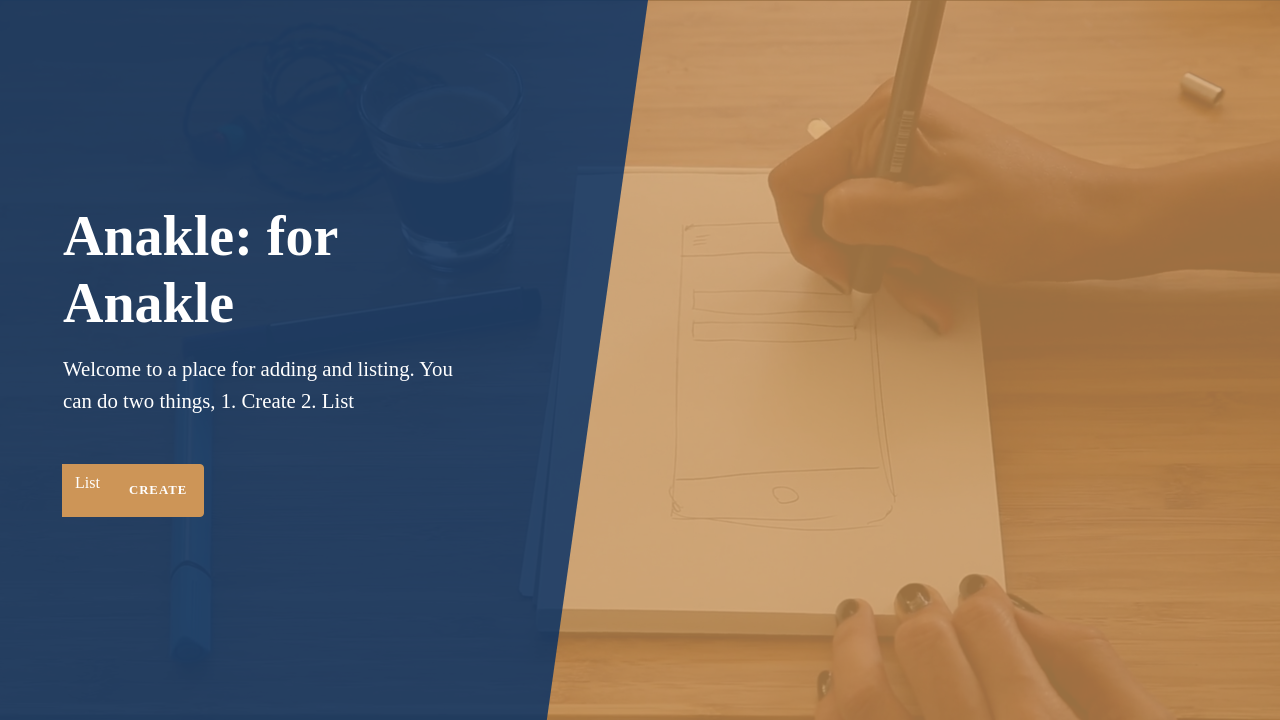
Repository: Guruscode/mega-list
Page: http://localhost/
These files come from the project's save history. The page is drawn as it stood at one moment and after the next save; the edit follows.
The browser window is 1280 px wide. The pictures show the whole page.
Some web fonts or font styles are not loaded; a fallback is used. The page is run by PHP 8.4 with error messages shown; the project is at /var/www/html/.

Above is the page before, as saved 2018-02-22 14:48:21.
Console error: TypeError: Cannot read properties of undefined (reading 'fn')

### index.php
<!DOCTYPE html>
<html lang="en">
<head>
    <meta charset="UTF-8">
    <meta name="viewport" content="width=device-width, initial-scale=1.0">
    <meta http-equiv="X-UA-Compatible" content="ie=edge">

    <link rel="stylesheet" href="css/bootstrap.min.css">
    <link href="css/welcome.min.css" rel="stylesheet">
    <link href="https://fonts.googleapis.com/css?family=Source+Sans+Pro:200,200i,300,300i,400,400i,600,600i,700,700i,900,900i" rel="stylesheet">
    <link href="https://fonts.googleapis.com/css?family=Merriweather:300,300i,400,400i,700,700i,900,900i" rel="stylesheet">
    <link href="vendor/font-awesome/css/font-awesome.min.css" rel="stylesheet">
    <title>Anakle: For Anakle</title>
</head>
<body>

        <div class="overlay"></div>

        <div class="masthead">
        <div class="masthead-bg"></div>
        <div class="container h-100">
            <div class="row h-100">
            <div class="col-12 my-auto">
                <div class="masthead-content text-white py-5 py-md-0">
                <h1 class="mb-3">Anakle: for Anakle</h1>
                <p class="mb-5">Welcome to a place for adding and listing. You can do two things, 1. Create 2. List</p>
                <div class="input-group input-group-newsletter">

                    <div class="input-group-append pull-center">
                    <a class="btn btn-secondary">List</a>
                    <button type="button" class="btn btn-secondary">Create</a>
                    </div>
                </div>
                </div>
            </div>
            </div>
        </div>
        </div>


<script src="js/bootstrap.min.js"></script>
<script src="js/jquery-3.3.1.min.js"></script>
<script src="js/bootstrap.bundle.min.js"></script>
<script src="js/jquery.vide.min.js"></script>
<script src="js/welcome.min.js"></script>

<script>



</script>

</body>
</html>

Loaded but not shown: css/bootstrap.min.css (library); css/welcome.min.css (common file); js/bootstrap.min.js (library); js/jquery-3.3.1.min.js (library); js/bootstrap.bundle.min.js (library); js/jquery.vide.min.js (library); js/welcome.min.js (common file)

After the next save:
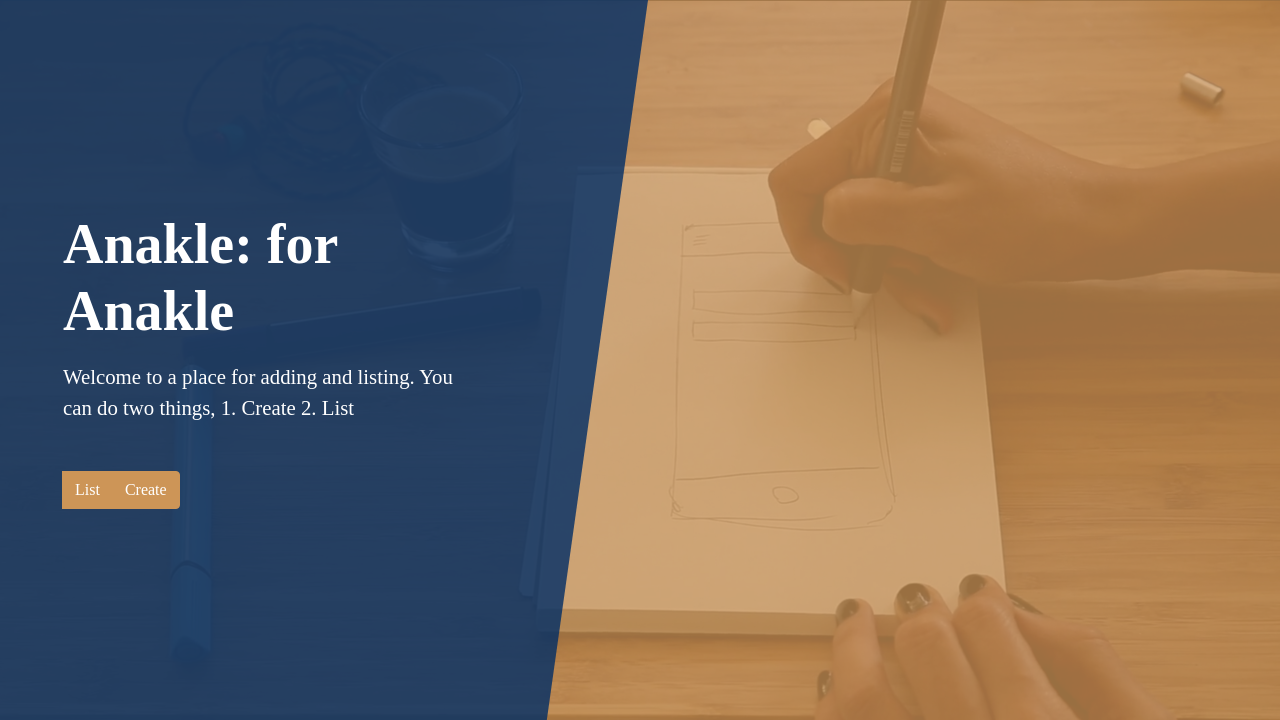
Saved 6 s later.
--- a/index.php
+++ b/index.php
@@ -28,7 +28,7 @@
 
                     <div class="input-group-append pull-center">
                     <a class="btn btn-secondary">List</a>
-                    <button type="button" class="btn btn-secondary">Create</a>
+                    <a type="button" class="btn btn-secondary">Create</a>
                     </div>
                 </div>
                 </div>
